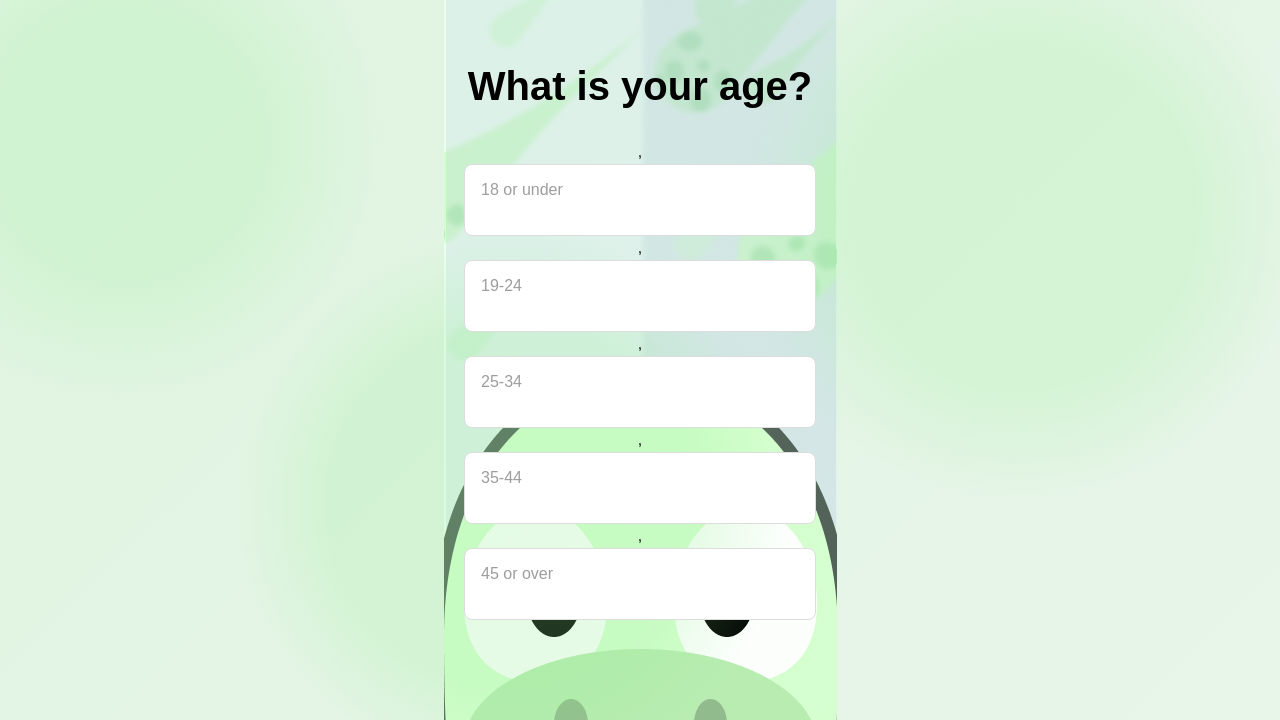
Repository: 0usernamee/dino-code
Page: /age (app in dino-code/)
The author's editor kept a copy of each file at every save. The page is drawn from the files as they stood at one save, then again after the next save.
The browser window is 1280 px wide. The pictures show the whole page.
The project was rebuilt for these pictures with package versions that can differ from the ones it lists, and the page was loaded fresh each time. The framework's server and built-in components were replaced by stand-ins that run in the browser. Also part of the build but not shown: dino-code/next.config.mjs.

Above is the page before, as saved 2025-05-06 13:01:47.

After the next save:
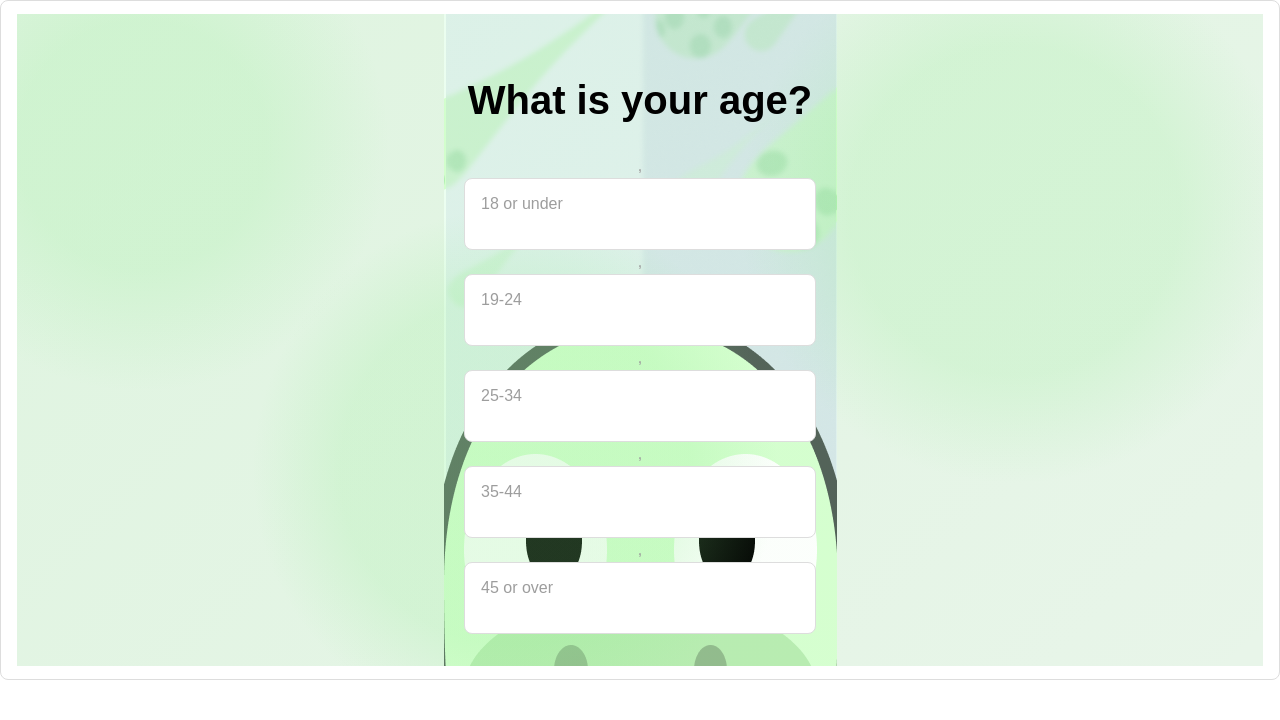
Saved 2 min 17 s later.
--- a/dino-code/app/age/page.module.css
+++ b/dino-code/app/age/page.module.css
@@ -30,10 +30,13 @@
     overflow: hidden;
 }
 .container {
-    display: flex;
-    flex-direction: column;
-    min-height: 100vh;
+    padding: 0.8rem 1rem;
+    border-radius: 8px;
+    border: 1px solid #ddd;
+    font-size: 1rem;
     width: 100%;
+    background-color: white;
+    color: #9d9d9d;
 }
 
 .question {

After the save that followed:
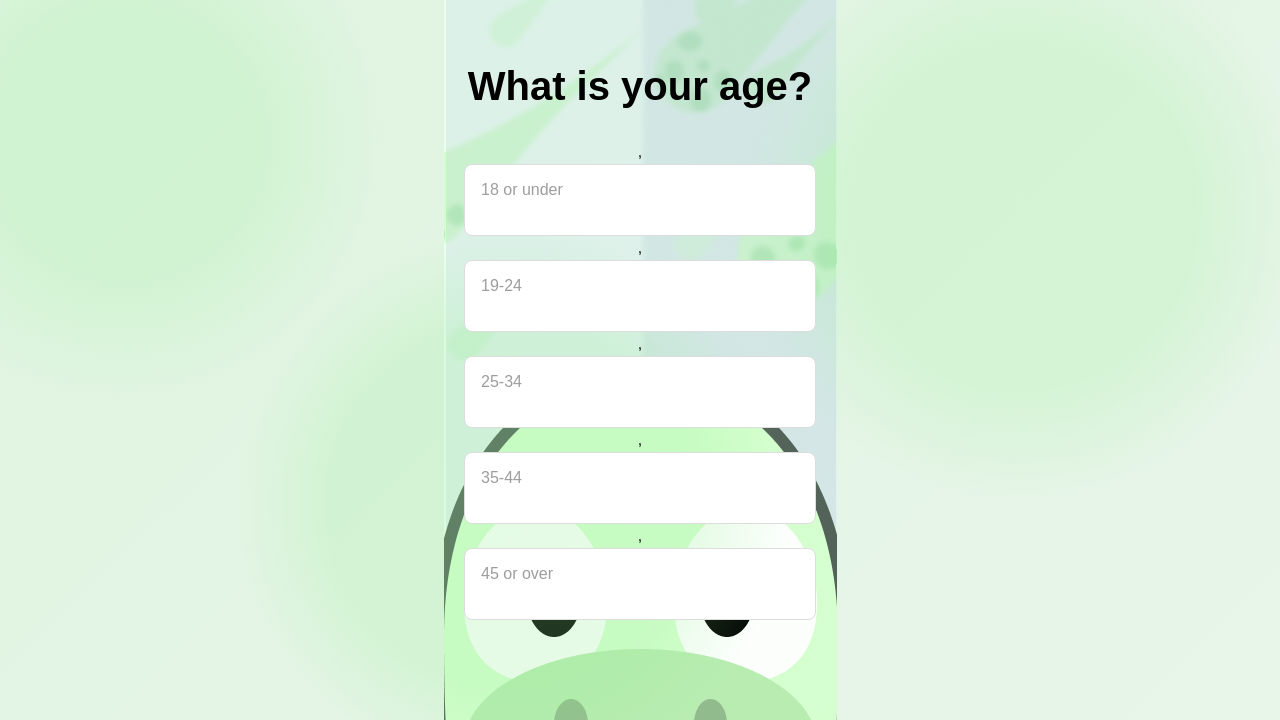
Saved 6 s later.
--- a/dino-code/app/age/page.module.css
+++ b/dino-code/app/age/page.module.css
@@ -30,13 +30,10 @@
     overflow: hidden;
 }
 .container {
-    padding: 0.8rem 1rem;
-    border-radius: 8px;
-    border: 1px solid #ddd;
-    font-size: 1rem;
+    display: flex;
+    flex-direction: column;
+    min-height: 100vh;
     width: 100%;
-    background-color: white;
-    color: #9d9d9d;
 }
 
 .question {
